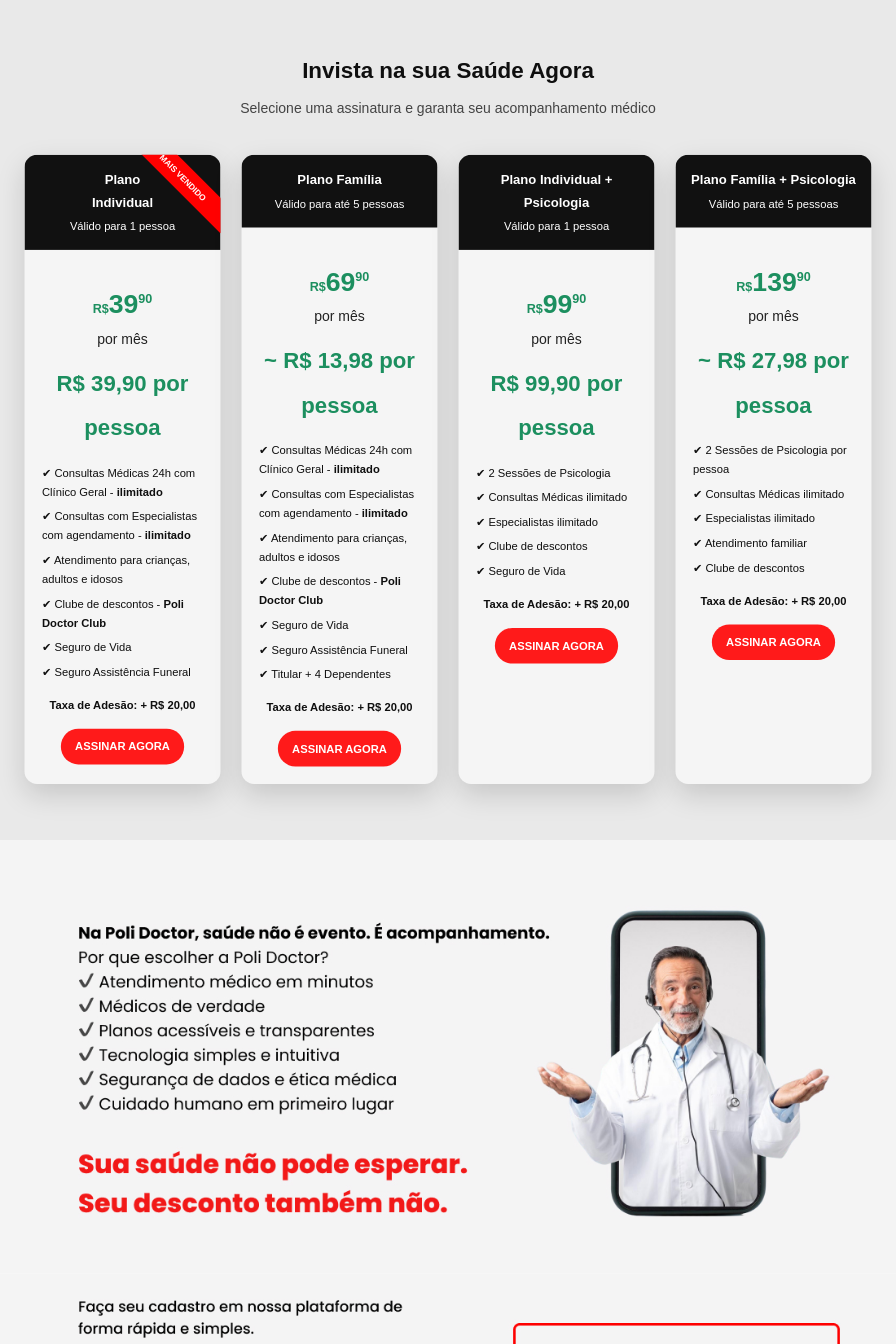
Repository: RenSkywalker/poli-doctor-landing
Page: index.html
The author's editor kept a copy of each file at every save. The page is drawn from the files as they stood at one save, then again after the next save.
The browser window is 1280 px wide. The pictures show the part of the page from y = 4490 to 6410 px (the page is 7048 px tall before and 7080 px after), at 70% of full size.

Above is the page before, as saved 2026-02-26 20:59:57.

### index.html
<!DOCTYPE html>
<html lang="pt-BR">
<head>
  <meta charset="UTF-8">

  <title>Polidoctor Med | Telemedicina 24 horas - Sua consulta médica onde estiver</title>

  <meta name="description" content="Consulte agora mesmo e receba o que precisar direto no seu email ou WhatsApp. Consultas 24h de forma rápida, segura sem carência e sem filas.  Seja atendido agora mesmo por um médico. Atendimento Médico 24h. Pronto atendimento online.">

  <meta name="keywords" content="telemedicina 24h, consulta médica online, médico online, psicologia online, receita digital, plano de saúde digital, atendimento médico imediato">

  <meta name="author" content="Poli Doctor">
  <meta name="robots" content="index, follow">
  <meta name="viewport" content="width=device-width, initial-scale=1.0">

  <link rel="canonical" href="https://polidoctor.com.br/">

  <!-- Open Graph -->
  <meta property="og:type" content="website">
  <meta property="og:title" content="Polidoctor Med | Telemedicina 24 horas - Sua consulta médica onde estiver">
  <meta property="og:description" content="Consulte agora mesmo e receba o que precisar direto no seu email ou WhatsApp. Consultas 24h de forma rápida, segura sem carência e sem filas.  Seja atendido agora mesmo por um médico. Atendimento Médico 24h. Pronto atendimento online.">
  <meta property="og:image" content="https://polidoctor.com.br/assets/images/og-image.jpg">
  <meta property="og:url" content="https://polidoctor.com.br/">

  <!-- Twitter -->
  <meta name="twitter:card" content="summary_large_image">
  <meta name="twitter:title" content="Poli Doctor | Telemedicina 24h">
  <meta name="twitter:description" content="Consulta médica online 24h com receitas digitais e planos com psicologia.">
  <meta name="twitter:image" content="https://polidoctor.com.br/assets/images/og-image.jpg">

  <link rel="icon" href="favicon.ico">
  <link rel="stylesheet" href="css/style.css">
</head>

<body>

<!-- MENU HAMBURGUER -->
<div class="menu-toggle" onclick="toggleMenu(this)">
  <span></span>
  <span></span>
  <span></span>
</div>
<nav class="menu-overlay" id="menu">
  <a href="index.html">Página Principal</a>
  <a href="area-associados.html">Área de Associados</a>
</nav>

<!-- SEO CONTENT -->
<section style="position:absolute; left:-9999px; width:1px; height:1px; overflow:hidden;">

<h1>Polidoctor | Telemedicina 24 horas</h1>

<h2>Consulta médica online sem filas e sem burocracia</h2>

<p>
Consulte agora mesmo e receba o que precisar direto no seu email ou WhatsApp.
Consultas 24h de forma rápida, segura, sem carência e sem filas.
Seja atendido agora mesmo por um médico. Atendimento Médico 24h.
Pronto atendimento online.
</p>

<p>
A Poli Doctor oferece atendimento médico online 24h, com emissão de receitas digitais,
atestados e encaminhamentos. Ideal para quem busca telemedicina rápida e segura.
</p>

<h2>Planos com psicologia e atendimento familiar</h2>
<p>
Planos individuais, premium e familiares com cobertura médica digital,
atendimento psicológico, consultas ilimitadas e ativação rápida.
</p>

<h2>Atendimento médico imediato por WhatsApp</h2>
<p>
Contrate seu plano de telemedicina e tenha acesso a médicos qualificados
com suporte digital completo.
</p>

</section>

<!-- HERO -->
<header class="hero">
  <div class="container hero-wrapper">

    <picture>
      <source srcset="assets/images/mobile/hero.png" media="(max-width: 768px)">
      <img src="assets/images/blocos/hero.png"
           alt="Consultas médicas 24h por dia sem sair de casa"
           class="img-bloco">
    </picture>

    <a href="https://wa.me/5511949785121?text=Ol%C3%A1%20Polidoctor%2C%20quero%20contratar%20um%20plano.%20Pode%20me%20auxiliar%20com%20as%20op%C3%A7%C3%B5es%3F"
   target="_blank"
   class="hero-btn-link"
   aria-label="Contratar agora via WhatsApp">
</a>

  </div>
</header>

<!-- HEADLINE -->
<section>
  <div class="container">
    <picture>
      <source srcset="assets/images/mobile/headline.png" media="(max-width: 768px)">
      <img src="assets/images/blocos/headline.jpeg"
           alt="Consulta médica de verdade sem filas e sem burocracia"
           class="img-bloco">
    </picture>
  </div>
</section>

<!-- BLOCO INTRO -->
<section>
  <div class="container">
    <picture>
      <source srcset="assets/images/mobile/intro-box.png" media="(max-width: 768px)">
      <img src="assets/images/blocos/intro-box.jpeg"
           alt="Fale com um médico qualificado em minutos"
           class="img-bloco">
    </picture>
  </div>
</section>

<!-- POR QUE EXISTE -->
<section>
  <div class="container">
    <picture>
      <source srcset="assets/images/mobile/porque-existe.png" media="(max-width: 768px)">
      <img src="assets/images/blocos/porque-existe.jpeg"
           alt="Por que a Poli Doctor existe"
           class="img-bloco">
    </picture>
  </div>
</section>

<section>
  <div class="container">
    <picture>
      <source srcset="assets/images/mobile/porque-texto.png" media="(max-width: 768px)">
      <img src="assets/images/blocos/porque-texto.jpeg"
           alt="A Poli Doctor nasceu para simplificar o acesso à saúde"
           class="img-bloco">
    </picture>
  </div>
</section>

<!-- COMO FUNCIONA -->
<section id="como-funciona">
  <div class="container">
    <picture>
      <source srcset="assets/images/mobile/como-funciona.png" media="(max-width: 768px)">
      <img src="assets/images/blocos/como-funciona.jpeg"
           alt="Como funciona a Poli Doctor"
           class="img-bloco">
    </picture>
  </div>
</section>

<!-- SEGURANÇA -->
<section class="seguranca">
  <div class="container">
    <picture>
      <source srcset="assets/images/mobile/seguranca.png" media="(max-width: 768px)">
      <img src="assets/images/blocos/seguranca.jpeg"
           alt="Segurança, privacidade e LGPD"
           class="img-bloco">
    </picture>
  </div>
</section>

<section class="imagem-trafego">
  <div class="container">
    <picture>
      <source srcset="assets/images/mobile/trafego-pago.png" media="(max-width: 768px)">
      <img src="assets/images/blocos/trafego-pago.png"
           alt="Oferta de planos"
           class="img-bloco">
    </picture>
  </div>
</section>

<!-- CONTEXTO -->
<section class="imagem-contexto">
  <div class="container">
    <picture>
      <source srcset="assets/images/mobile/contexto.png" media="(max-width: 768px)">
      <img src="assets/images/blocos/contexto.jpeg"
           alt="Saúde moderna simples e acessível"
           class="img-bloco">
    </picture>
  </div>
</section>

<!-- PLANOS -->
<section class="tabela-planos">

  <h2>Invista na sua Saúde Agora</h2>
  <p class="subtitulo">Selecione uma assinatura e garanta seu acompanhamento médico</p>

  <div class="cards-planos">

    <!-- PLANO INDIVIDUAL -->
    <div class="card-plano destaque">
      <div class="badge">MAIS VENDIDO</div>
      <div class="card-top">
        <h3>Plano <br>Individual</h3>
        <span>Válido para 1 pessoa</span>
      </div>

      <div class="card-body">
        <div class="preco">
          <span>R$</span>39<sup>90</sup>
          <p>por mês</p>
          <small>R$ 39,90 por pessoa</small>
        </div>

        <ul>
          <li>✔ Consultas Médicas 24h com Clínico Geral - <strong>ilimitado</strong></li>
          <li>✔ Consultas com Especialistas com agendamento - <strong>ilimitado</strong></li>
          <li>✔ Atendimento para crianças, adultos e idosos</li>
          <li>✔ Clube de descontos - <strong>Poli Doctor Club</strong></li>
          <li>✔ Seguro de Vida</li>
          <li>✔ Seguro Assistência Funeral</li>
        </ul>

        <div class="taxa">Taxa de Adesão: + R$ 20,00</div>

        <a href="#" class="btn-assinar">ASSINAR AGORA</a>
      </div>
    </div>

    <!-- PLANO FAMÍLIA -->
    <div class="card-plano">
      <div class="card-top">
        <h3>Plano Família</h3>
        <span>Válido para até 5 pessoas</span>
      </div>

      <div class="card-body">
        <div class="preco verde">
          <span>R$</span>69<sup>90</sup>
          <p>por mês</p>
          <small>~ R$ 13,98 por pessoa</small>
        </div>

        <ul>
          <li>✔ Consultas Médicas 24h com Clínico Geral - <strong>ilimitado</strong></li>
          <li>✔ Consultas com Especialistas com agendamento - <strong>ilimitado</strong></li>
          <li>✔ Atendimento para crianças, adultos e idosos</li>
          <li>✔ Clube de descontos - <strong>Poli Doctor Club</strong></li>
          <li>✔ Seguro de Vida</li>
          <li>✔ Seguro Assistência Funeral</li>
          <li>✔ Titular + 4 Dependentes </li>
        </ul>

        <div class="taxa">Taxa de Adesão: + R$ 20,00</div>

        <a href="#" class="btn-assinar">ASSINAR AGORA</a>
      </div>
    </div>

    <!-- PLANO INDIVIDUAL + PSICO -->
    <div class="card-plano">
      <div class="card-top">
        <h3>Plano Individual + Psicologia</h3>
        <span>Válido para 1 pessoa</span>
      </div>

      <div class="card-body">
        <div class="preco verde">
          <span>R$</span>99<sup>90</sup>
          <p>por mês</p>
          <small>R$ 99,90 por pessoa</small>
        </div>

        <ul>
          <li>✔ 2 Sessões de Psicologia</li>
          <li>✔ Consultas Médicas ilimitado</li>
          <li>✔ Especialistas ilimitado</li>
          <li>✔ Clube de descontos</li>
          <li>✔ Seguro de Vida</li>
        </ul>

        <div class="taxa">Taxa de Adesão: + R$ 20,00</div>

        <a href="#" class="btn-assinar">ASSINAR AGORA</a>
      </div>
    </div>

    <!-- PLANO FAMÍLIA + PSICO -->
    <div class="card-plano">
      <div class="card-top">
        <h3>Plano Família + Psicologia</h3>
        <span>Válido para até 5 pessoas</span>
      </div>

      <div class="card-body">
        <div class="preco verde">
          <span>R$</span>139<sup>90</sup>
          <p>por mês</p>
          <small>~ R$ 27,98 por pessoa</small>
        </div>

        <ul>
          <li>✔ 2 Sessões de Psicologia por pessoa</li>
          <li>✔ Consultas Médicas ilimitado</li>
          <li>✔ Especialistas ilimitado</li>
          <li>✔ Atendimento familiar</li>
          <li>✔ Clube de descontos</li>
        </ul>

        <div class="taxa">Taxa de Adesão: + R$ 20,00</div>

        <a href="#" class="btn-assinar">ASSINAR AGORA</a>
      </div>
    </div>

  </div>
</section>

    <!-- BOTÕES -->
    <a href="https://wa.me/5511949785121?text=Tenho%20interesse%20em%20contratar%20o%20plano%20individual%20de%20telemedicina%20e%20gostaria%20de%20receber%20mais%20informa%C3%A7%C3%B5es%20sobre%20valores%2C%20cobertura%2C%20benef%C3%ADcios%20inclu%C3%ADdos%20e%20como%20funciona%20a%20ativa%C3%A7%C3%A3o.%0A%0APoderiam%20me%20orientar%20sobre%20os%20pr%C3%B3ximos%20passos%20para%20contrata%C3%A7%C3%A3o%3F%0A%0AFico%20no%20aguardo.%20Obrigado%21"
target="_blank"
class="plano-link plano-1">
</a>

    <a href="https://wa.me/5511949785121?text=Ol%C3%A1%2C%20equipe%20da%20Poli%20Doctor.%0A%0ATenho%20interesse%20em%20contratar%20o%20plano%20individual%20com%20atendimento%20em%20psicologia%20e%20gostaria%20de%20receber%20mais%20informa%C3%A7%C3%B5es%20sobre%20valores%2C%20quantidade%20de%20sess%C3%B5es%20inclu%C3%ADdas%2C%20como%20funcionam%20os%20agendamentos%20e%20o%20prazo%20de%20ativa%C3%A7%C3%A3o.%0A%0ATamb%C3%A9m%20gostaria%20de%20confirmar%20se%20o%20plano%20contempla%20consultas%20m%C3%A9dicas%2C%20receitas%2C%20atestados%20e%20demais%20benef%C3%ADcios%20digitais.%0A%0APoderiam%20me%20orientar%20sobre%20as%20op%C3%A7%C3%B5es%20dispon%C3%ADveis%20e%20os%20pr%C3%B3ximos%20passos%20para%20contrata%C3%A7%C3%A3o%3F%0A%0AFico%20no%20aguardo.%20Obrigado%21"
target="_blank"
class="plano-link plano-5">
</a>
    <a href="https://wa.me/5511949785121?text=Ol%C3%A1%2C%20equipe%20da%20Poli%20Doctor.%0A%0ATenho%20interesse%20em%20contratar%20o%20plano%20fam%C3%ADlia%20de%20telemedicina%20e%20gostaria%20de%20entender%20melhor%20como%20funciona%20a%20cobertura%20para%20dependentes%2C%20valores%2C%20benef%C3%ADcios%20inclu%C3%ADdos%20%28consultas%2C%20receitas%2C%20atestados%20e%20encaminhamentos%29%20e%20prazo%20de%20ativa%C3%A7%C3%A3o.%0A%0APoderiam%20me%20orientar%20sobre%20as%20op%C3%A7%C3%B5es%20dispon%C3%ADveis%20e%20os%20pr%C3%B3ximos%20passos%20para%20contrata%C3%A7%C3%A3o%3F%0A%0AFico%20no%20aguardo.%20Obrigado%21"
target="_blank"
class="plano-link plano-7">
</a>
    <a href="https://wa.me/5511949785121?text=Ol%C3%A1%2C%20equipe%20da%20Poli%20Doctor.%0A%0ATenho%20interesse%20em%20contratar%20o%20plano%20fam%C3%ADlia%20com%20atendimento%20em%20psicologia%20e%20gostaria%20de%20receber%20mais%20informa%C3%A7%C3%B5es%20sobre%3A%0A%0A%E2%80%93%20Valores%20e%20n%C3%BAmero%20de%20dependentes%20inclusos%0A%E2%80%93%20Quantidade%20de%20sess%C3%B5es%20de%20psicologia%20por%20pessoa%0A%E2%80%93%20Cobertura%20m%C3%A9dica%20%28consultas%2C%20receitas%2C%20atestados%20e%20encaminhamentos%29%0A%E2%80%93%20Prazo%20e%20forma%20de%20ativa%C3%A7%C3%A3o%0A%0APoderiam%20me%20orientar%20sobre%20as%20op%C3%A7%C3%B5es%20dispon%C3%ADveis%20e%20os%20pr%C3%B3ximos%20passos%20para%20contrata%C3%A7%C3%A3o%3F%0A%0AFico%20no%20aguardo.%20Obrigado%21"
target="_blank"
class="plano-link plano-4">
</a>

  </div>
</section>

<!-- CTA FINAL -->
<section class="cta-final">
  <div class="container">
    <picture>
      <source srcset="assets/images/mobile/cta-final.png" media="(max-width: 768px)">
      <img src="assets/images/blocos/cta-final.jpeg"
           alt="Sua saúde não pode esperar"
           class="img-bloco">
    </picture>
  </div>
</section>

<section class="cta-final">
  <div class="container cta2-wrapper">

    <picture>
      <source srcset="assets/images/mobile/cta-final2.png" media="(max-width: 768px)">
      <img src="assets/images/blocos/cta-final2.jpeg"
           alt="Contratar agora"
           class="img-bloco">
    </picture>

    <a href="https://wa.me/5511949785121?text=Ol%C3%A1%20Polidoctor%2C%20quero%20contratar%20um%20plano.%20Pode%20me%20auxiliar%20com%20as%20op%C3%A7%C3%B5es%3F"
   target="_blank"
   class="cta-btn-link"
   aria-label="Contratar agora via WhatsApp">
</a>

  </div>
</section>

<!-- FOOTER -->
<footer>
  <img src="assets/images/logo-principal.png" alt="Poli Doctor" class="logo-footer">

  <p>
    © 2026 Poli Doctor. Todos os direitos reservados.
    Desenvolvido por
    <a href="https://renancursi79.wixsite.com/infinitx" target="_blank">Infinitx</a>
  </p>

  <a href="politica-de-privacidade.html">Política de Privacidade</a> |
  <a href="termos-de-uso.html">Termos de Uso</a>

  <small>Este serviço não substitui atendimento presencial em casos de emergência.</small>
</footer>

<script type="application/ld+json">
{
  "@context": "https://schema.org",
  "@type": "MedicalOrganization",
  "name": "Poli Doctor",
  "url": "https://polidoctor.com.br",
  "logo": "https://polidoctor.com.br/assets/images/logo-principal.png",
  "contactPoint": {
    "@type": "ContactPoint",
    "telephone": "+55-11-94978-5121",
    "contactType": "customer service",
    "areaServed": "BR",
    "availableLanguage": "Portuguese"
  },
  "sameAs": []
}
</script>

<script>
function toggleMenu(button) {
  button.classList.toggle("active");
  document.getElementById("menu").classList.toggle("active");
  document.body.classList.toggle("menu-open");
}
</script>

<script src="js/main.js"></script>
</body>
</html>

Loaded but not shown: js/main.js (2 lines, source omitted); css/style.css (734 lines, source omitted)

After the next save:
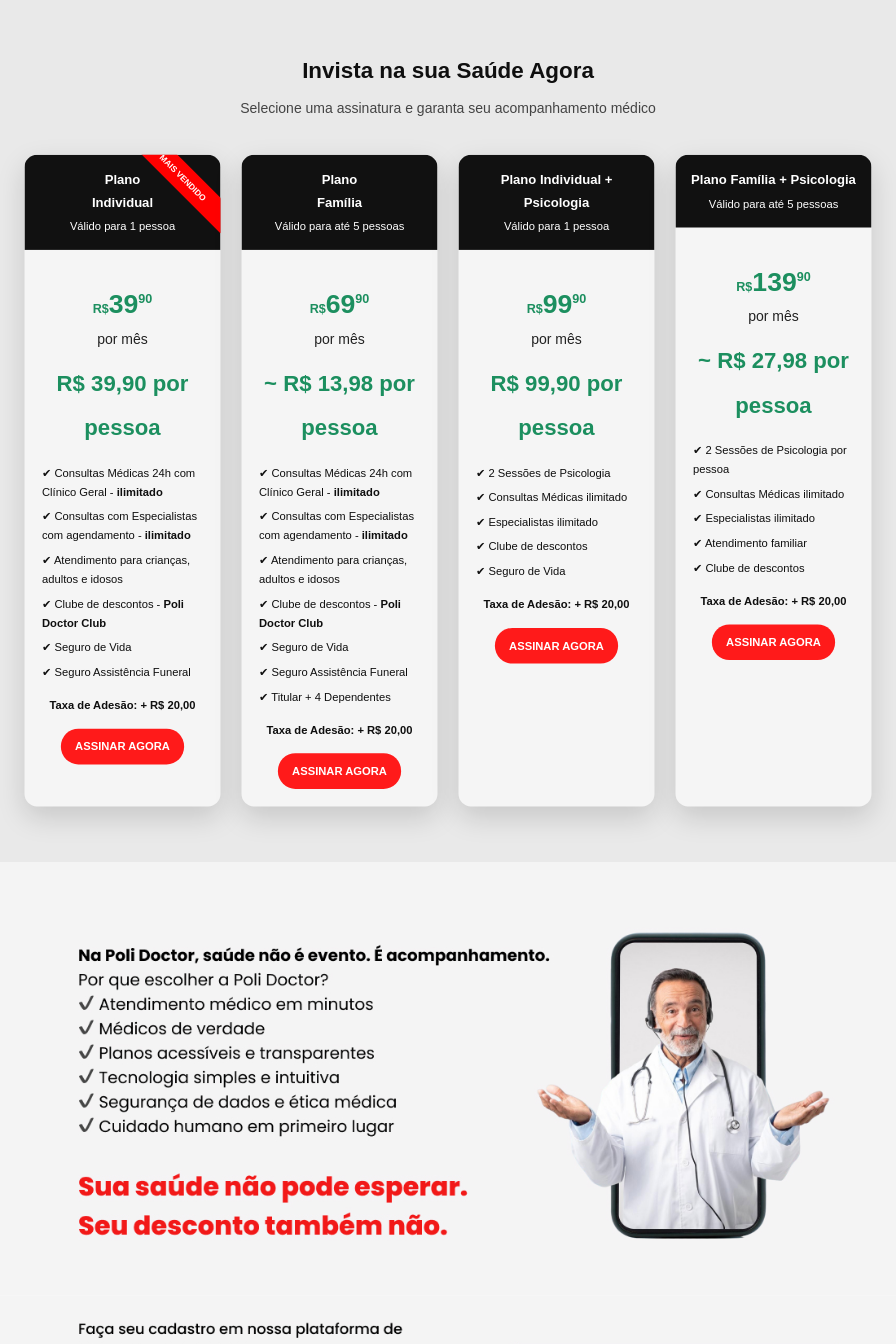
Saved 12 s later.
--- a/index.html
+++ b/index.html
@@ -233,7 +233,7 @@
     <!-- PLANO FAMÍLIA -->
     <div class="card-plano">
       <div class="card-top">
-        <h3>Plano Família</h3>
+        <h3>Plano <br>Família</h3>
         <span>Válido para até 5 pessoas</span>
       </div>
 
